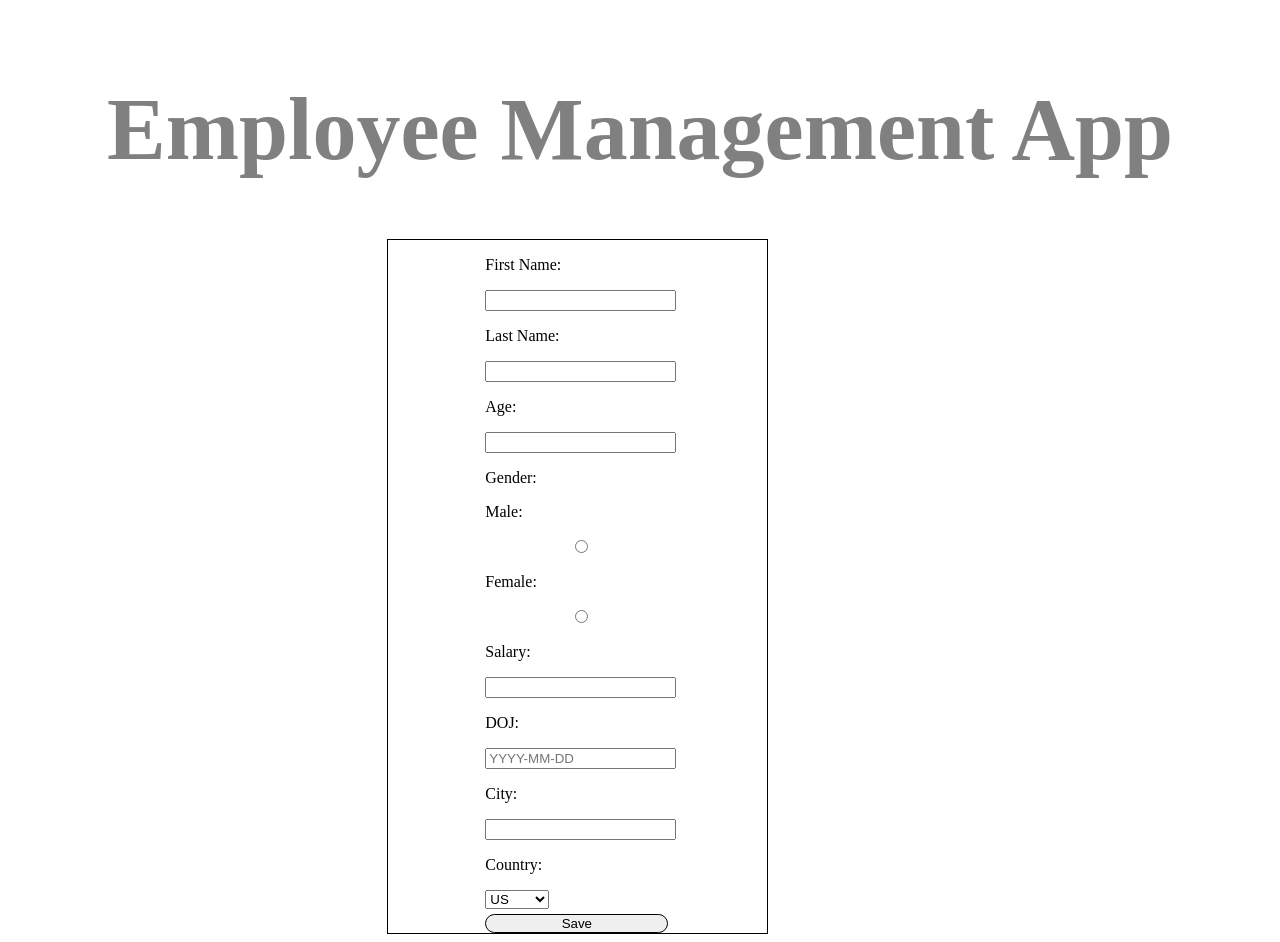
Repository: SaumyaGuptaTechnokrat/Employee_management
Page: http://localhost/Employee/add.jsp
The author's editor kept a copy of each file at every save. The page is drawn from the files as they stood at one save, then again after the next save.
The browser window is 1280 px wide. The pictures show the whole page.
The page is served by Tomcat 9. Other server files are loaded and not shown.

Above is the page before, as saved 2023-02-11 10:44:12.

### Employee/src/main/webapp/add.jsp
<%@ page language="java" contentType="text/html; charset=ISO-8859-1"
    pageEncoding="ISO-8859-1"%>
<!DOCTYPE html>
<html>
<head>
<meta charset="ISO-8859-1">
<title>Insert title here</title>
<link rel="stylesheet" href="Mystyle.css">

</head>
<body>
<h1>Employee Management App</h1>
<div class="form_container">
<form action="addRecord.jsp" method="post" >

		<p>First Name:</p><input name="fName" type="text"><br>
		<p>Last Name:</p><input name="lName" type="text"><br>
		<p>Age:</p><input name="age" type="number"><br>
		<p>Gender:</p>
		<p>Male:</p><input name="Gender" type="radio" value="M">
		<p>Female:</p><input type="radio" name="Gender" value="F">
		<p>Salary:</p><input name="salary" type="text"><br>
		<p>DOJ:</p><input name="Doj" placeholder="YYYY-MM-DD" type="text"><br>
		<p>City:</p><input name="City" type="text"><br>
		<p>Country:</p><select name="Country">
		<option value="US">US<option/>
		<option value="US">INDIA<option/>
		<option value="US">UK<option/>
		<option value="US">JAPAN<option/>
		</select>
		<br>
		 <input type="submit" id="Submit" value="Save">
</form>
</div>

</body>
</html>

### Employee/src/main/webapp/Mystyle.css
h1{
	text-align:center;padding-top:20px;color:gray;font-size:550%;
}
.form_container{
	margin:0% 30%;
	width:30%;
	border:1px black solid;
	display:grid;
	justify-content:center;
}
input{
	width:99%;
}
#Submit{
	margin-top:5px;
	border:1px black solid;
	border-radius:10px;
}

After the next save:
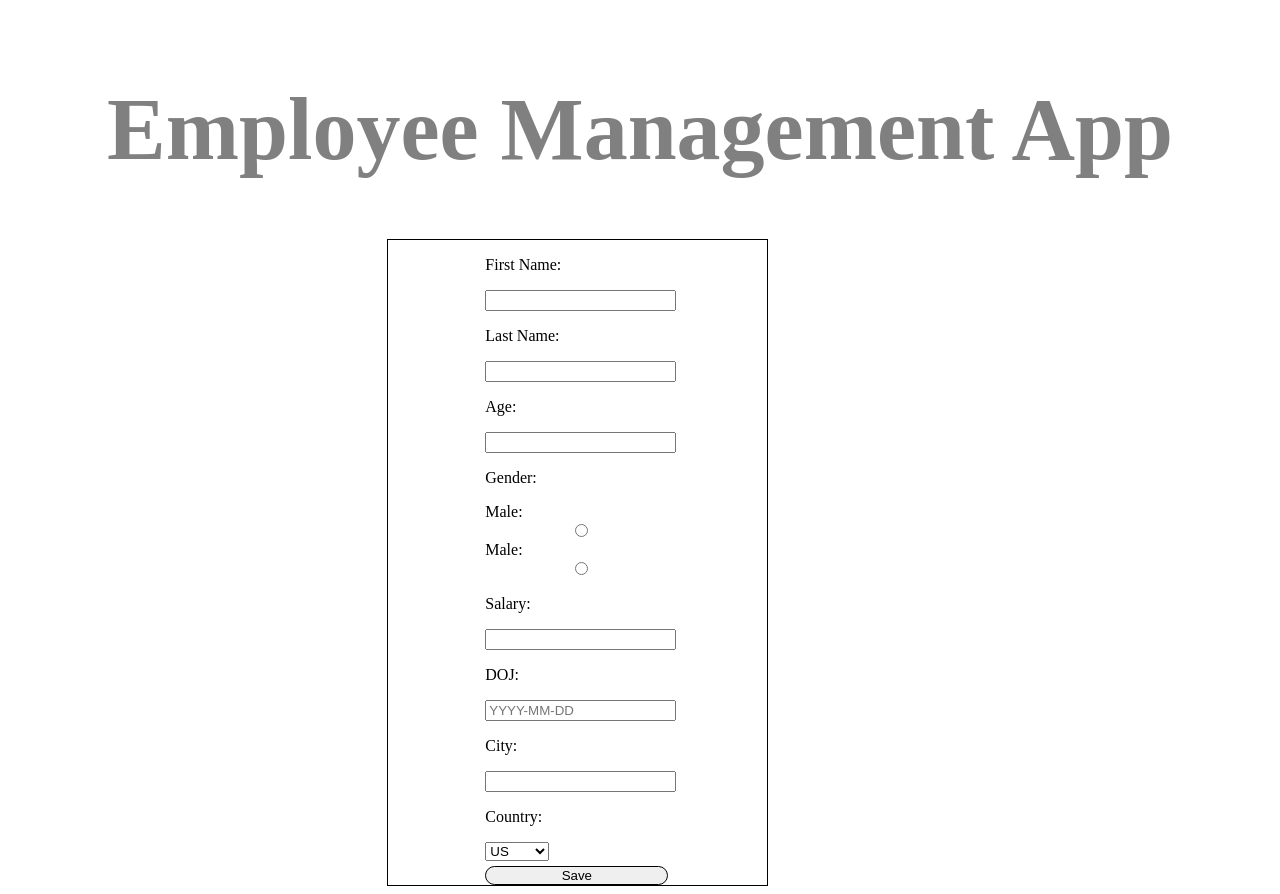
Saved 4 min 32 s later.
--- a/Employee/src/main/webapp/add.jsp
+++ b/Employee/src/main/webapp/add.jsp
@@ -17,8 +17,8 @@
 		<p>Last Name:</p><input name="lName" type="text"><br>
 		<p>Age:</p><input name="age" type="number"><br>
 		<p>Gender:</p>
-		<p>Male:</p><input name="Gender" type="radio" value="M">
-		<p>Female:</p><input type="radio" name="Gender" value="F">
+		<label>Male:</label><input name="Gender" type="radio" value="M">
+		<label>Male:</label><input type="radio" name="Gender" value="F">
 		<p>Salary:</p><input name="salary" type="text"><br>
 		<p>DOJ:</p><input name="Doj" placeholder="YYYY-MM-DD" type="text"><br>
 		<p>City:</p><input name="City" type="text"><br>
